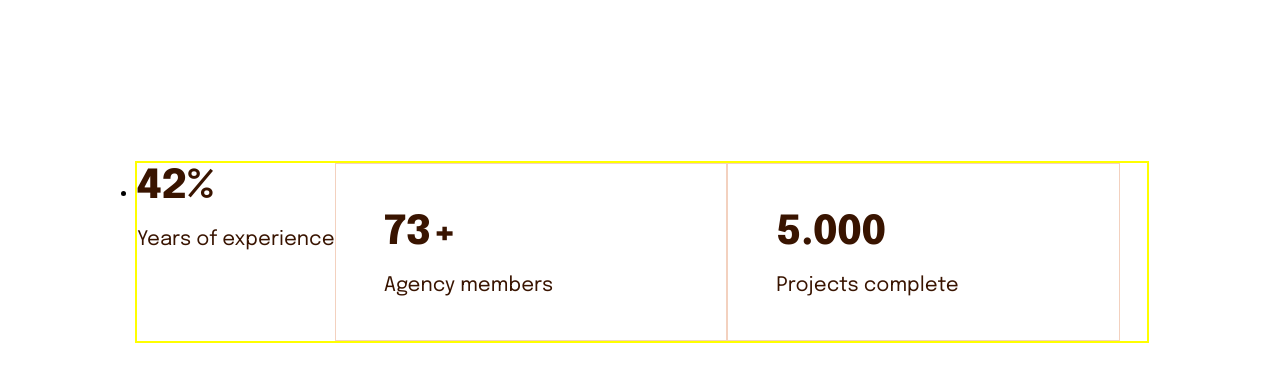
Repository: simralgasimov/task6
Page: index.html
An editor plug-in stored every save of this project. The page is shown before and after a run of saves, followed by the edit.
The browser window is 1280 px wide. The pictures show the whole page.

Above is the page before, as saved 2023-08-30 13:17:13.

After the next 2 saves:
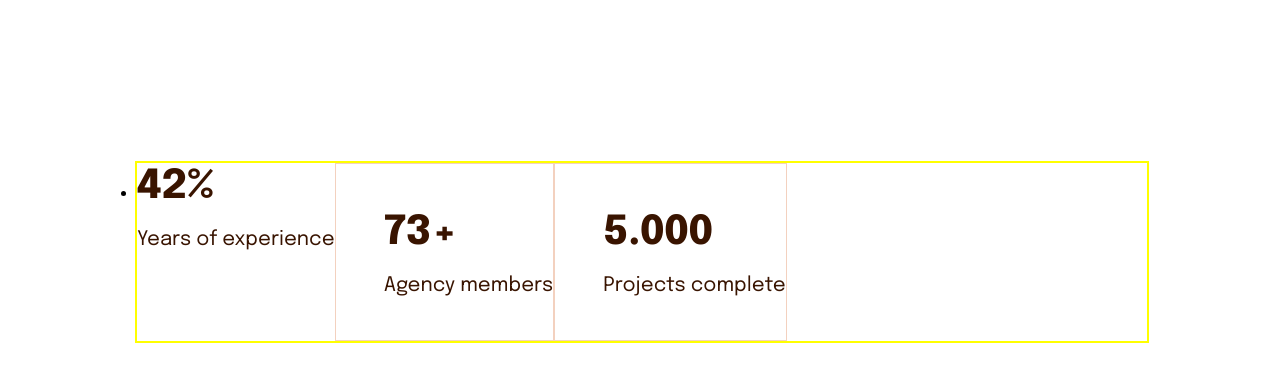
The 2 saves are shown as one change because they came seconds apart.
The last was saved 14 s later.
--- a/index.css
+++ b/index.css
@@ -25,13 +25,13 @@
 }
 
 .container-1 ul .box-2 {
-  padding: 45px 173px 38px 48px;
+  padding: 45px 0 38px 48px;
   list-style: none;
   border: 1px solid #f3d1bf;
 }
 
 .container-1 ul  .box-3 {
-  padding: 45px 160px 38px 48px;
+  padding: 45px 0 38px 48px;
   list-style: none;
   border: 1px solid #f3d1bf;
 }
